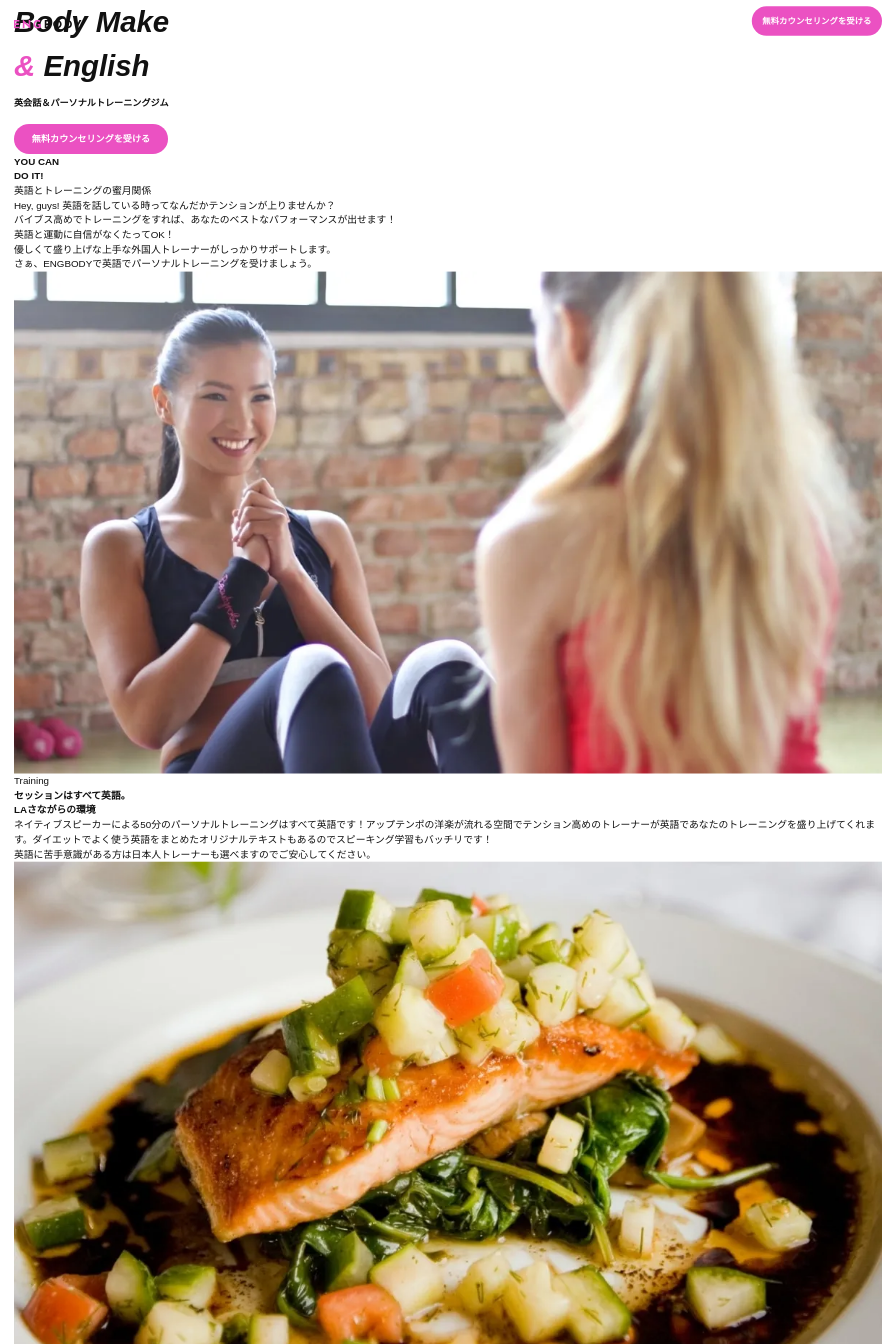
Repository: tetishi/engbody
Page: index.html
An editor plug-in stored every save of this project. The page is shown before and after the next save, followed by the edit.
The browser window is 1280 px wide. The pictures show the part of the page from y = 0 to 1920 px (the page is 12149 px tall before and 12173 px after), at 70% of full size.
The style sheet was rebuilt from its Sass, Less or Tailwind sources for each picture, by a compiler version that may differ from the author's.

Above is the page before, as saved 2023-07-25 17:09:04.

After the next save:
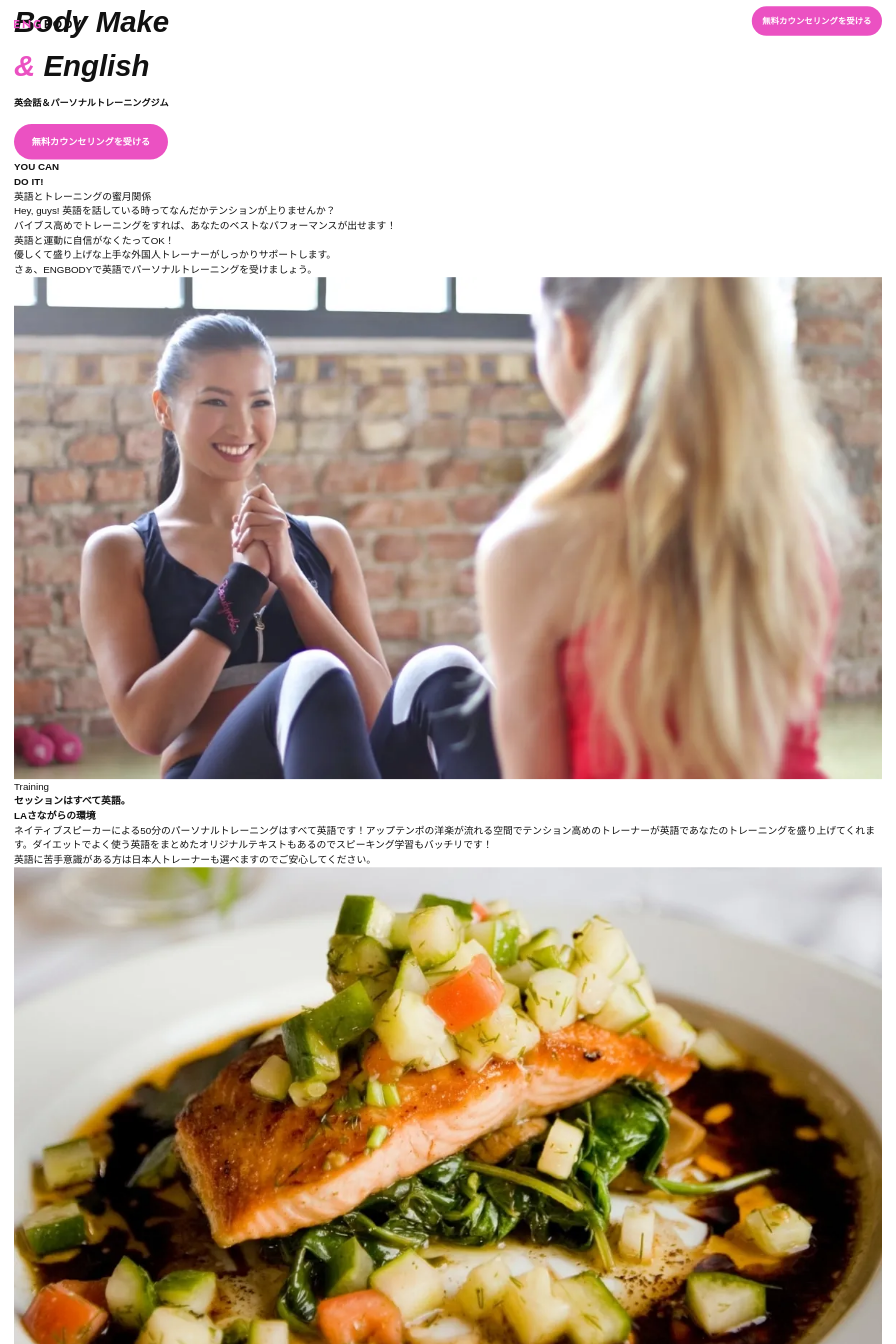
Saved 105 s later.
--- a/css/style.scss
+++ b/css/style.scss
@@ -88,5 +88,5 @@ a {
     text-align: center;
     vertical-align: middle;
     border-radius: 50px;
-    padding: 12px 15px;
+    padding: 16px 15px;
 }
